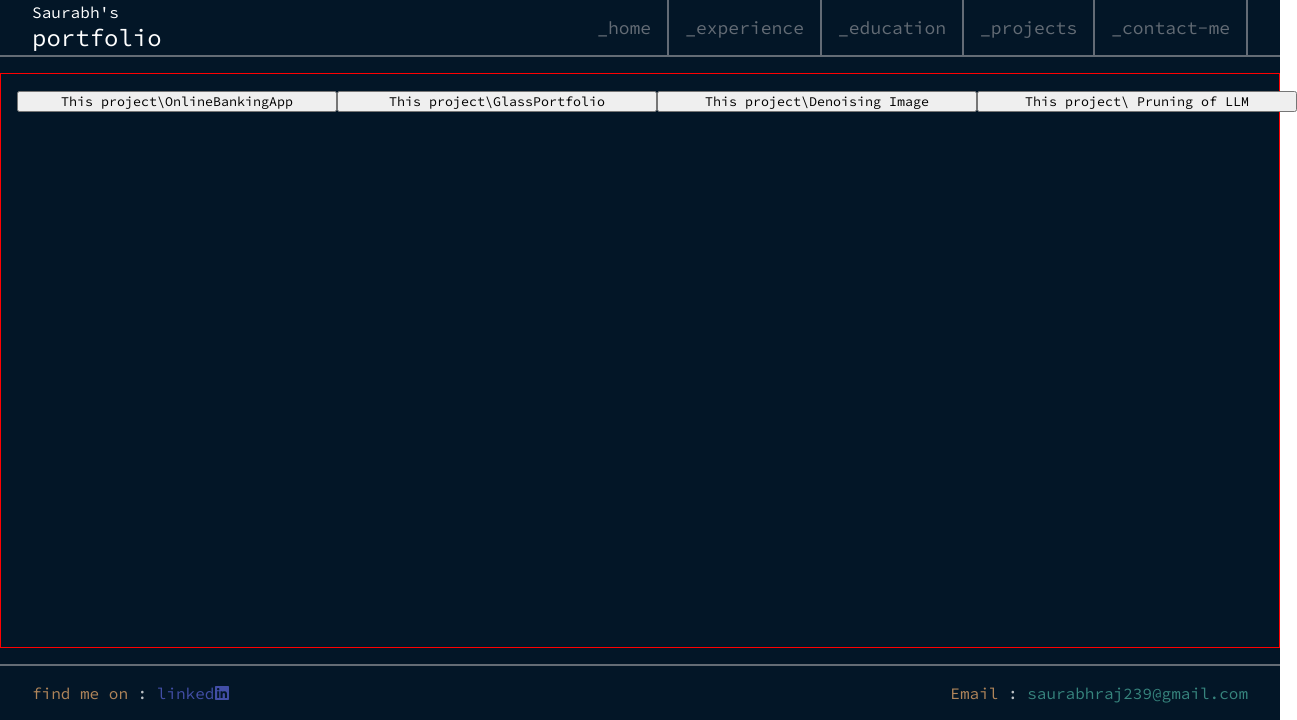
Repository: saurabhraj23/FrontendReactPortfolio
Page: /projects
The author's editor kept a copy of each file at every save. The page is drawn from the files as they stood at one save, then again after the next save.
The browser window is 1280 px wide. The page is 1297 px wide, then 1280 px, so the pictures cover 1297 px, including what lies to the right of the window. The pictures show the whole page.
The project was rebuilt for these pictures with package versions that can differ from the ones it lists, and the page was loaded fresh each time. Also part of the build but not shown: vite.config.js, src/components/Education.jsx, src/components/Experience.jsx, src/components/Contacts.jsx, src/styles/default-page.css, src/components/DefaultPage.jsx.

Above is the page before, as saved 2024-07-23 01:18:55.

### src/App.jsx
import React from "react";
import { BrowserRouter as Router, Route, Routes } from "react-router-dom";
import "./styles/App.css";
import Home from "./components/Home";
import Education from "./components/Education";
import Experience from "./components/Experience";
import Contacts from "./components/Contacts";
import Projects from "./components/Projects";
import Heading from "./components/Heading";
import Footer from "./components/Footer";
import DefaultPage from "./components/DefaultPage";

function App() {
  return (
    <div className="main">
      <Router>
        <Heading />
        <Routes>
          <Route path="/" element={<Home />}>
            <Route path="/" element={<DefaultPage />} />
            <Route path="/education" element={<Education />} />
            <Route path="/experience" element={<Experience />} />
            <Route path="/contacts" element={<Contacts />} />
            <Route path="/projects" element={<Projects />} />
          </Route>
        </Routes>
        <Footer />
      </Router>
    </div>
  );
}

export default App;

### src/styles/App.css
@import "./color.css";
@import "./experience.css";
@import "./education.css";
@import "./project.css";
@import "./header.css";
@import "./contact-me.css";
@import "./footer.css";
@import "./default-page.css";


*{
  margin:0;
  padding: 0;
  box-sizing: border-box;
  font-family: "Source Code Pro";
  font-weight: 400;
}

.main{
  background-color: var(--bg-color);
  color: var(--primary-white);
  height: 100vh;
  width: 100%;
  display: grid;
  grid-template-rows: 1fr 8fr 1fr;
  grid-template-columns: 4fr 3fr;
padding: 0;
}

### src/components/Home.jsx
import React from "react";
import { Outlet } from "react-router-dom";

function Home() {
  return (
    <>
      <Outlet />
    </>
  );
}

export default Home;

### src/components/Projects.jsx
import React from "react";
import "../styles/App.css";
import { Link } from "react-router-dom";

function Projects() {
  return (
    <>
      <div className="projects-left-side"></div>
      <div className="projects-right-side">
        <Link to={"https://github.com/saurabhraj23/OnlineBankingAppKPMG"}>
          <button className="project-item">
            <span> This project\</span>
            <span>OnlineBankingApp</span>
          </button>
        </Link>
        <Link to={"https://github.com/saurabhraj23/Glass-Portfolio"}>
          <button className="project-item">
            <span> This project\</span>
            <span>GlassPortfolio</span>
          </button>
        </Link>
        <Link to={"https://github.com/saurabhraj23/Denoising-Image"}>
          <button className="project-item">
            <span> This project\</span>
            <span>Denoising Image</span>
          </button>
        </Link>
        <Link to={"https://github.com/saurabhraj23/Pruning"}>
          <button className="project-item">
            <span> This project\</span>
            <span> Pruning of LLM</span>
          </button>
        </Link>
      </div>
    </>
  );
}

export default Projects;

### src/components/Heading.jsx
import React from "react";
import Navbar from "./Navbar";
function Heading() {
  return (
    <header className={"heading"}>
      <h2>
        <h6>Saurabh's</h6>
        portfolio
      </h2>
      <Navbar />
    </header>
  );
}

export default Heading;

### src/components/Footer.jsx
import React from "react";
import { Link } from "react-router-dom";
import { FaLinkedin } from "react-icons/fa";

function Footer() {
  return (
    <footer className="footer">
      <div>
        <span>find me on</span> <span>&nbsp;:</span>
        <Link to={"https://www.linkedin.com/in/saurabhraj239/"}>
          <span>
            &nbsp;linked
            <FaLinkedin />
          </span>
        </Link>
      </div>
      <div>
        <span>Email</span> <span> :</span>
        <span> saurabhraj239@gmail.com</span>
      </div>
    </footer>
  );
}

export default Footer;

### src/styles/color.css
@import url('https://fonts.googleapis.com/css2?family=Source+Code+Pro:ital,wght@0,200..900;1,200..900&display=swap');

:root {
--bg-color:#031627;
--primary-white:#fff;
--primary-dark:#d3d0d076;
--secondary-blue:#424ea6;
--tertiary-green:#37857e;
--tertiary-green-dark:#77E4C8;
--tertiary-brown-light:#D4BDAC;
--tertiary-orange:#b0855a;

}

### src/styles/experience.css
@import "./color.css";

.experience-left-side{
  display: none;
}
.experience-right-side{
  margin: 2rem;
  grid-column: 1/3;

}
.experience-right-side > div:first-child{
  display: flex;
  justify-content: space-between;
}
.experience-right-side>div:first-child>span:nth-child(2) span{
display: inline-block;
}
.experience-right-side>div:first-child>span:nth-child(2)>span:nth-child(2){
  animation: present 2s infinite alternate ease-in-out;

}

@keyframes present {
  from{

    opacity: 0;
  }
  to{

    opacity: 1;
  }
}

.experience-right-side>div:first-child>span:first-child{
  font-size: 1.4rem;
  color: var(--secondary-blue);
  font-weight: 600;
  margin-bottom: 3rem;
  text-decoration: underline;
}

.experience-right-side span{
  display: block;
}

.internship-details{
  display: flex;
  flex-direction: column;
}
.internship-details>span:first-child{
  font-size: 1.2rem;
  color: var(--tertiary-green);
  font-weight: 600;
  letter-spacing: 0.2rem;
  margin-bottom:1rem ;


}
.internship-details>span:nth-child(2){
  /* letter-spacing: 0.1rem; */
  color: var(--tertiary-brown-light);

}

.internship-details>span:nth-child(2)>span:first-child{
  font-size: 1.1rem;
  font-weight: 500;
  color: var(--tertiary-orange);

}


.internship-details>span:first-child span{
  display: inline-block;

}

.internship-details>span:nth-child(2)>span:first-child{
  letter-spacing: 0.2rem;
}

.internship-details>span:first-child>span:first-child{
  animation: arrowMove 1.6s infinite alternate ease-in-out;
  }

.fte-details{
  display: flex;
  flex-direction: column;
  margin-top: 2rem;

}
.fte-details>span:first-child{
  font-size: 1.2rem;
  color: var(--tertiary-green);
  font-weight: 600;
  letter-spacing: 0.2rem;
  margin-bottom: 1rem;

}

.fte-details>span:nth-child(2){
  color: var(--tertiary-brown-light);
}

.fte-details>span:nth-child(2)>span:nth-child(1)>span:first-child{
  color: var(--tertiary-orange);
  font-size: 1.1rem;
  font-weight: 500;
  }

.fte-details>span:nth-child(2)>span:nth-child(2)>span:first-child{
  letter-spacing: 0.2rem;
}
.fte-details>span:nth-child(2)>span:nth-child(1)>span:first-child{
  letter-spacing: 0.2rem;
}

.fte-details>span:nth-child(2)>span:nth-child(2){
  margin-top: 1rem;
}
.fte-details>span:nth-child(2)>span:nth-child(2)>span:first-child{
font-size: 1.1rem;
font-weight: 500;
color: var(--tertiary-orange);
}

.fte-details>span:first-child span{
  display: inline-block;
}

.fte-details>span:first-child>span:first-child{
animation: arrowMove 1.6s infinite alternate ease-in-out;
}

@keyframes arrowMove {
  from{
    transform: translateX(-0.6rem);
  }
  to{
    transform: translateX(0);
  }
}

.current-working  span{
  display: inline-block;
  animation: colorChange 2s infinite alternate ease-in-out ;

}

@keyframes colorChange {
  from{
color: var(--tertiary-brown-light);
  }

  to{
    color: var(--primary-white);

  }
}
.current-working{
  display: flex;
  flex-direction: row;
}

### src/styles/education.css
 @import "./color.css";

.education-left-side{
  display: none;
}
.education-right-side{
  margin: 2rem ;
  grid-column: 1/3;

}

.education-right-side{
  display: flex;
  flex-direction: column;
}

.degrees{
  display: flex;
  justify-content: space-between;
  margin-bottom: 2rem;
}

.degrees>span:first-child>h2{
  color: var(--tertiary-orange);
}
.degrees>span:first-child>h4{
  color: var(--tertiary-green);
}
.degrees>span:first-child>h5{
  color: var(--tertiary-brown-light);
  font-weight: 600;
}

.degrees>span:first-child>h3{
  display: flex;
  flex-direction: row;
}

.degrees>span:first-child>h3>span:nth-child(2){
  color: var(--tertiary-green-dark);
  animation: passed 2s infinite alternate ease-in-out;
}

@keyframes passed {
  from{
opacity: 0;
  }
  to{
opacity: 1;
  }
}
.degrees span:first-child {
  display: flex;
  flex-direction: column;
  gap: 0.6rem;
}
.degree-year{
  color: var(--tertiary-orange);
}

### src/styles/project.css
.projects-left-side{
  border: 1px solid red;
  display: none;
}
.projects-right-side{
  border: 1px solid red;
  grid-column: 1/3;
  padding: 1rem;
  display: flex;
  justify-content: space-between;
}

.project-item{
  width: 25vw;
}

### src/styles/header.css
.heading{
  grid-column: 1/3;
  display: flex;
  justify-content: space-between;
  align-items: center;
  border-bottom: 0.16rem solid var(--primary-dark);
  padding:0 2rem;
  margin-bottom: 1rem;
  }

  nav button{
    padding: 1rem;
    background-color: transparent;
    cursor: pointer;
    font-size: large;
    color: var(--primary-dark);
    border: none;
    border-right: 0.16rem solid var(--primary-dark);
  }

  nav button:hover{
    color: var(--primary-white);
    box-shadow: inset 0 -0.16rem 0 0 var(--tertiary-green);

  }

  .active{
    /* box-shadow: inset 0 -0.16rem 0 0 var(--tertiary-green); */
    color: var(--tertiary-green);
  }

### src/styles/contact-me.css
@import "../styles/color.css";

.contact-me-left-side{
  display: none;
}

.contact-me-right-side{
  grid-column: 1/3;
  display: grid;
  grid-template-columns: 2fr 1.1fr;
padding:  0 2rem;
}

.contact-me-left{
  /* border: 1px solid green; */
  padding: 1rem 2rem;
display: flex;
flex-direction: column;
gap: 0.7rem;

}

.contact-me-right{
  background-color: var(--primary-white);
  border-radius: 3%;
  padding: 1rem 2rem;
  color: var(--tertiary-green);
}

.image{
display: flex;
flex-direction: column;
align-items: center;
justify-content: center;
position: relative;
}

.image>img{
  width: 40%;
  object-fit: contain;
  border-radius: 50%;
  position: relative;
  z-index: 10;
}

.contact-me-left>span:first-child {
  font-size: 2.2rem;
  letter-spacing: 0.4rem;
  font-weight: 500;
}
.contact-me-left>span:first-child span{
  font-size: 2rem;
  letter-spacing: 0.4rem;
  color: var(--tertiary-green-dark);
  font-weight: 500;

}

.contact-me-left span{
  font-size: 1rem;
}
.contact-me-left a{
  text-decoration: none;
}
.contact-me-left a:visited{
color: var(--primary-white);
}

.circle{
  /* border: 1px solid red; */
  width: 44%;
  padding-top: 44%;
  border-radius: 50%;
  position: absolute;
  background-color: var(--tertiary-green);
  /* transform: translateX(-4rem); */
  z-index: 8;
  animation: round 4s infinite alternate ease-in-out;
}

@keyframes round {
  from{
background-color: val(--bg-color);
transform: scale(0);
  }
  50%{
    background-color: val(--secondary-blue);
    transform: scale(0.9);
  }
  to{
    background-color: val(--tertiary-green);
    transform: scale(1);
  }
}

.contact-details>span:first-child{
color: var(--tertiary-green-dark);
}

form{
display: flex;
flex-direction: column;
font-size: larger;
letter-spacing: 0.1rem;


}
.contact-me-form-heading{
text-align: center;
font-size: 2rem;
  width: 100%;

padding: 0.6rem;
border-radius: 0.4rem;
letter-spacing: 0.2rem;
box-shadow: 0 0.12rem 0 0.2rem var(--tertiary-green);

}


.contact-me-form-heading>span{

}

.fields{
  display: flex;
  flex-direction: column;
  margin-top: 1.8rem;

}

.fields>input{
  height: 2rem;
  border: none;
  outline: none;
  border-bottom: 0.16rem solid var(--primary-dark);
  font-size: 1rem;
  box-sizing:border-box;
  padding: 0.6rem;
  letter-spacing: 0.1rem;


}

.fields>input:focus{
border-bottom: 0.2rem solid var(--tertiary-green);

}

form div:nth-of-type(5)>textarea{
/* height: 8rem; */
outline: 0.12rem solid var(--primary-dark);
border-radius: 0.4rem;
padding-left: 1rem;
margin-top: 1rem;
padding: 0;
border: none;
border-bottom: 0.16rem solid var(--primary-dark);
font-size: 1rem;
resize: none;
box-sizing: border-box;
padding:0.6rem ;
}

.fields>textarea:focus{
  /* border-bottom: 0.2rem solid var(--tertiary-green); */
  box-shadow: 0 0.2rem 0 0 var(--tertiary-green)

  }

form> button{
font-size: large;
padding: 0.6rem 0.6rem;
border-radius: 2rem;
border: none;
cursor: pointer;
color: var(--primary-white);
background-color: var(--tertiary-green);
margin-top: 1rem;
}

.radio{
  display: flex;
  flex-direction: row;
  justify-content: space-evenly;
padding-top: 2rem;
}

.radio>span>label{
margin-left: 1rem;
/* font-size: larger; */
}

.radio>span>input{
  scale: 1.2;
  }

### src/styles/footer.css
.footer{
  grid-column: 1/3;
  display: flex;
  flex-direction: row;
  justify-content: space-between;
  align-items: center;
  padding: 0 2rem;
  border-top: 0.16rem solid var(--primary-dark);
margin-top: 1rem;
}

.footer > div:first-child{
  display: flex;
  align-items: center;
  justify-content: center;
}

.footer > div:first-child > span:first-child{
  color: var(--tertiary-orange);
}
.footer > div:first-child > a>span{
  color: var(--secondary-blue);
  display: flex;
  align-items: center;
  justify-content: center;
}

.footer > div:nth-of-type(2) > span:nth-of-type(1){
  color: var(--tertiary-orange);
}
.footer > div:nth-of-type(2) > span:nth-of-type(3){
  color: var(--tertiary-green);
}

.footer>div:first-child >a{
text-decoration: none;
color: var(--secondary-blue);
}

.footer>div:first-child span:nth-child(2){
  animation: blink 2s infinite alternate linear;
}
.footer>div:last-child span:nth-child(2){
  animation: blink 2s infinite alternate linear;
  color: white;
}

@keyframes blink {
  from{
    opacity: 0;
  }
  to{
    opacity: 1;
  }
}

### src/components/Navbar.jsx
import React, { useRef, useState } from "react";
import { Link } from "react-router-dom";

function Navbar() {
  const navBar = [
    { path: "/", label: "_home" },
    { path: "/experience", label: "_experience" },
    { path: "/education", label: "_education" },
    { path: "/projects", label: "_projects" },
    { path: "/contacts", label: "_contact-me" },
  ];

  const [activeIndex, setActiveIndex] = useState(false);

  return (
    <nav>
      {navBar.map((element, idx) => (
        <Link key={idx} to={element.path}>
          <button
            className={activeIndex === idx ? "active" : ""}
            onClick={() => {
              setActiveIndex(idx);
            }}
          >
            {element.label}
          </button>
        </Link>
      ))}
    </nav>
  );
}

export default Navbar;

Loaded but not shown: index.html (common file); src/main.jsx (common file); src/index.css (no stored copy; drawn as an empty file)

After the next save:
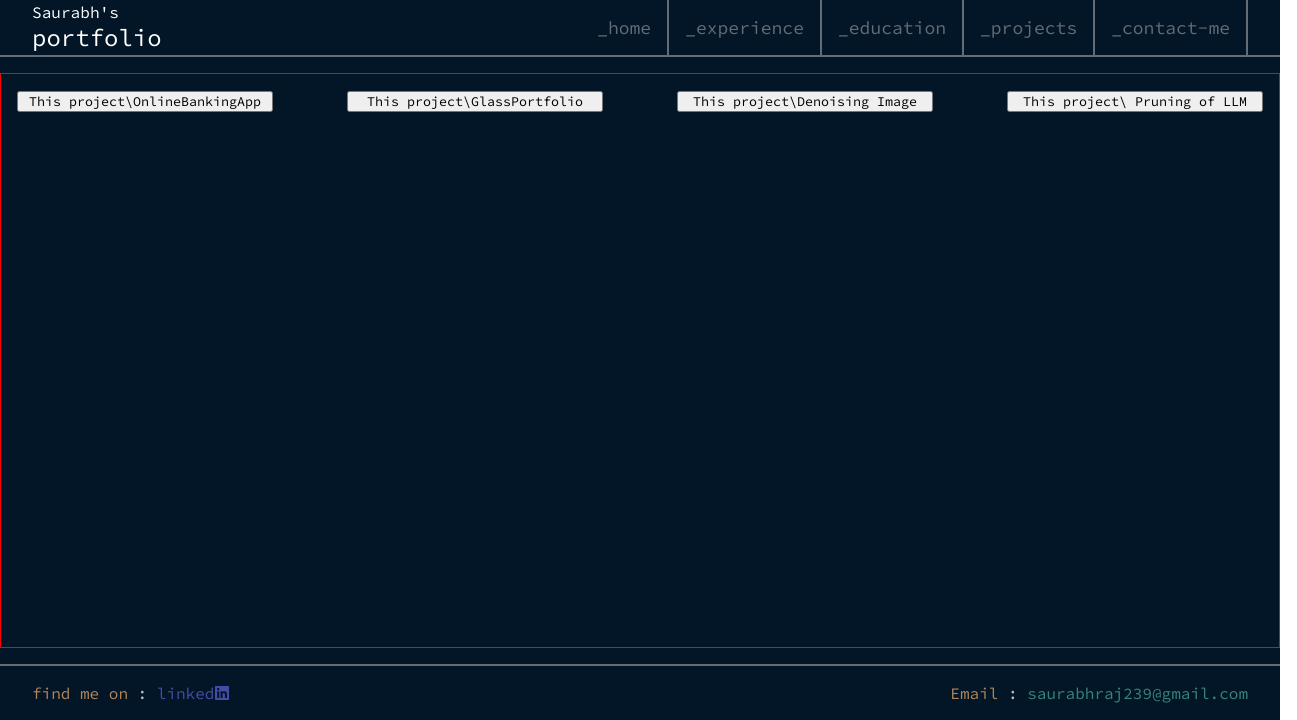
Saved 13 s later.
--- a/src/styles/project.css
+++ b/src/styles/project.css
@@ -11,5 +11,5 @@
 }
 
 .project-item{
-  width: 25vw;
+  width: 20vw;
 }
